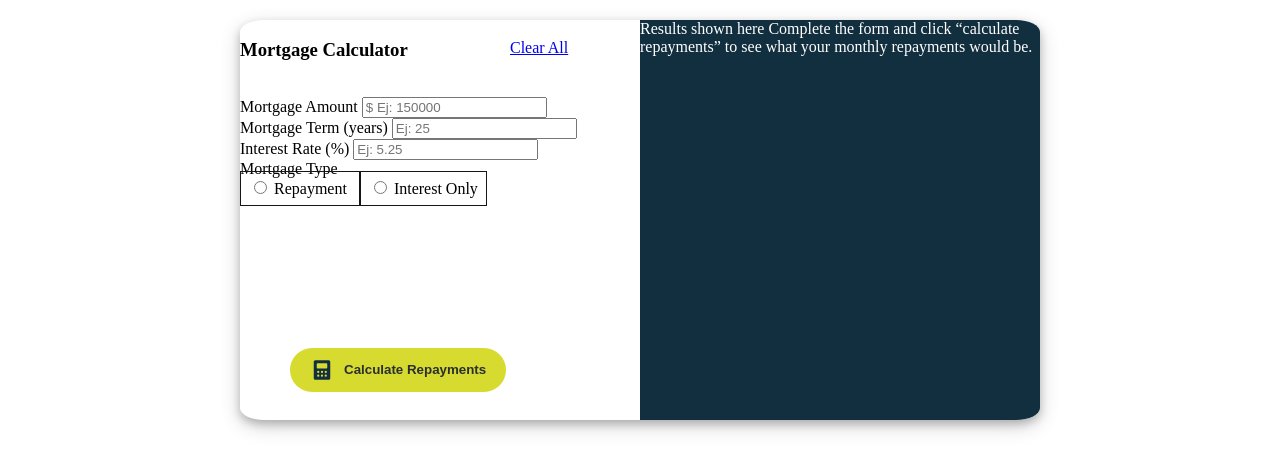
Repository: GravielPV/Mortgage-repayment-calculator
Page: index.html
These files come from the project's save history. The page is drawn as it stood at one moment and after the next save; the edit follows.
The browser window is 1280 px wide. The pictures show the whole page.

Above is the page before, as saved 2025-12-11 17:18:11.

### index.html
<!DOCTYPE html>
<html lang="en">
<head>
  <meta charset="UTF-8">
  <meta name="viewport" content="width=device-width, initial-scale=1.0"> <!-- displays site properly based on user's device -->

  <link rel="icon" type="image/png" sizes="32x32" href="./assets/images/favicon-32x32.png">
  <link rel="stylesheet" href="styles.css">
  <title>Frontend Mentor | Mortgage repayment calculator</title>


</head>
<body>
  <div class="carta">



  <div class="lado-izquierdo">

    <div class="header-form">
      <h3>Mortgage Calculator</h3>
      <a href="#" id="clear-all">Clear All</a>
    </div>

    <form id="mortgage-form">

      <!-- Mortgage Amount -->
      <div class="campo">
        <label for="input-mortgage">Mortgage Amount</label>
        <input
          type="number"
          id="input-mortgage"
          name="mortgage"
          placeholder="$ Ej: 150000">
      </div>

      <!-- Mortgage Term & Interest Rate -->
      <div class="grupo-doble">
        <div class="campo">
          <label for="input-term">Mortgage Term (years)</label>
          <input
            type="number"
            id="input-term"
            name="term"
            placeholder="Ej: 25">
        </div>

        <div class="campo">
          <label for="input-interest">Interest Rate (%)</label>
          <input
            type="number"
            step="0.01"
            id="input-interest"
            name="interest"
            placeholder="Ej: 5.25">
        </div>
      </div>

      <!-- Mortgage Type -->
      <div class="campo">
        <label>Mortgage Type</label>

        <div class="radios">
          <label class="radio arriba">
            <input type="radio" name="mortgage-type" value="repayment">
            Repayment
          </label>

          <label class="radio abajo">
            <input type="radio" name="mortgage-type" value="interest-only">
            Interest Only
          </label>
        </div>
      </div>

      <!-- Botón -->
      <div class="boton">

        <button type="submit" > <img src="assets/images/icon-calculator.svg" alt="calculadora icon">Calculate Repayments</button>
      </div>

    </form>

  </div>




  <!-- Empty results start -->

  <div class="lado derecho">

  Results shown here

  Complete the form and click “calculate repayments” to see what
  your monthly repayments would be.
  </div>

  <!-- Empty results end -->

  <!-- Completed results start -->

  <div class="resultado">
  Your results

  Your results are shown below based on the information you provided.
  To adjust the results, edit the form and click “calculate repayments” again.

  Your monthly repayments

  Total you'll repay over the term
  </div>

</div>

<!-- Completed results end -->

</body>
</html>

### styles.css
.carta{
    width: 800px;
    height: 400px;
display: flex;
margin: 20px auto;
border-radius: 3%;
 overflow: hidden;
 justify-content: space-between;
box-shadow: 0 4px 8px 0 rgba(0, 0, 0, 0.2), 0 6px 20px 0 rgba(0, 0, 0, 0.19);

}

.lado{
     width: 50%;
    display: flex;
    flex-direction: column;
}

.izquierdo{
margin: auto;
    background-color: rgb(202, 49, 49);
}

.derecho{

    background-color: hsl(202, 55%, 16%);
    color: white;
}

.resultado{
    display: none;
}

a{
   position: relative;
    top: -40px;
    left: 270px;

    }

    button{
        position: relative;
        top: 150px;
        left: 50px;
        padding: 10px 20px;
        background-color: hsl(61, 70%, 52%);
        border: none;
        color: hsl(200, 10%, 18%);
        border-radius: 25px;
        cursor: pointer;
        font-weight: bold;
    }

    button img{
        margin-right: 10px;
        vertical-align: middle;
    }

    .radio{
       margin-top: 10px;
        padding: 8px;
    }
    .arriba{
        margin-bottom: 20px;
        border: 1px solid rgb(22, 22, 22);
    }
    .abajo{
        margin-top: 20px;
        border: 1px solid rgb(22, 22, 22);
    }

After the next save:
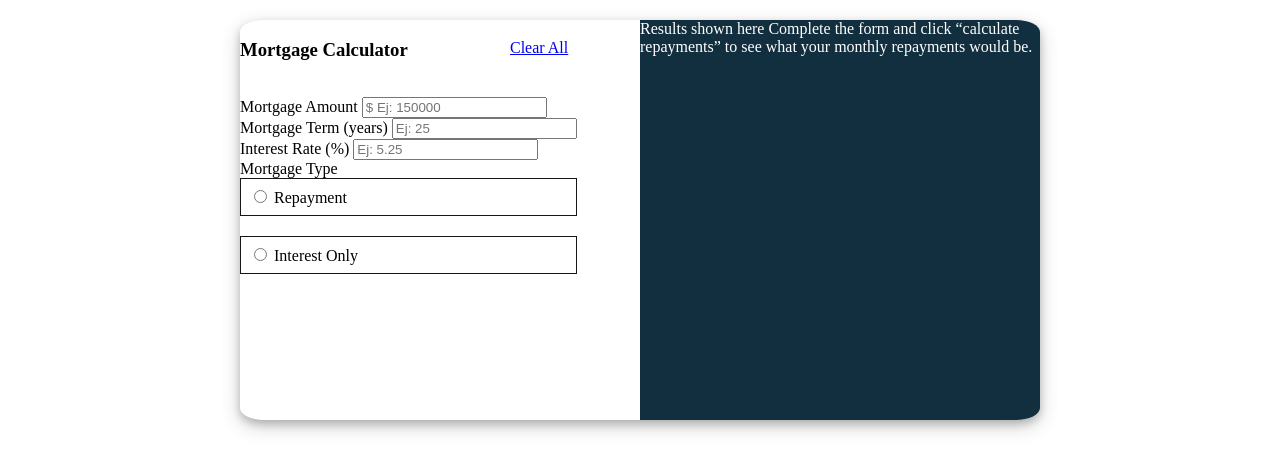
Saved 10 s later.
--- a/styles.css
+++ b/styles.css
@@ -57,7 +57,8 @@ a{
     }
 
     .radio{
-       margin-top: 10px;
+        display: block;
+        border: 1px solid rgb(22, 22, 22);
         padding: 8px;
     }
     .arriba{
